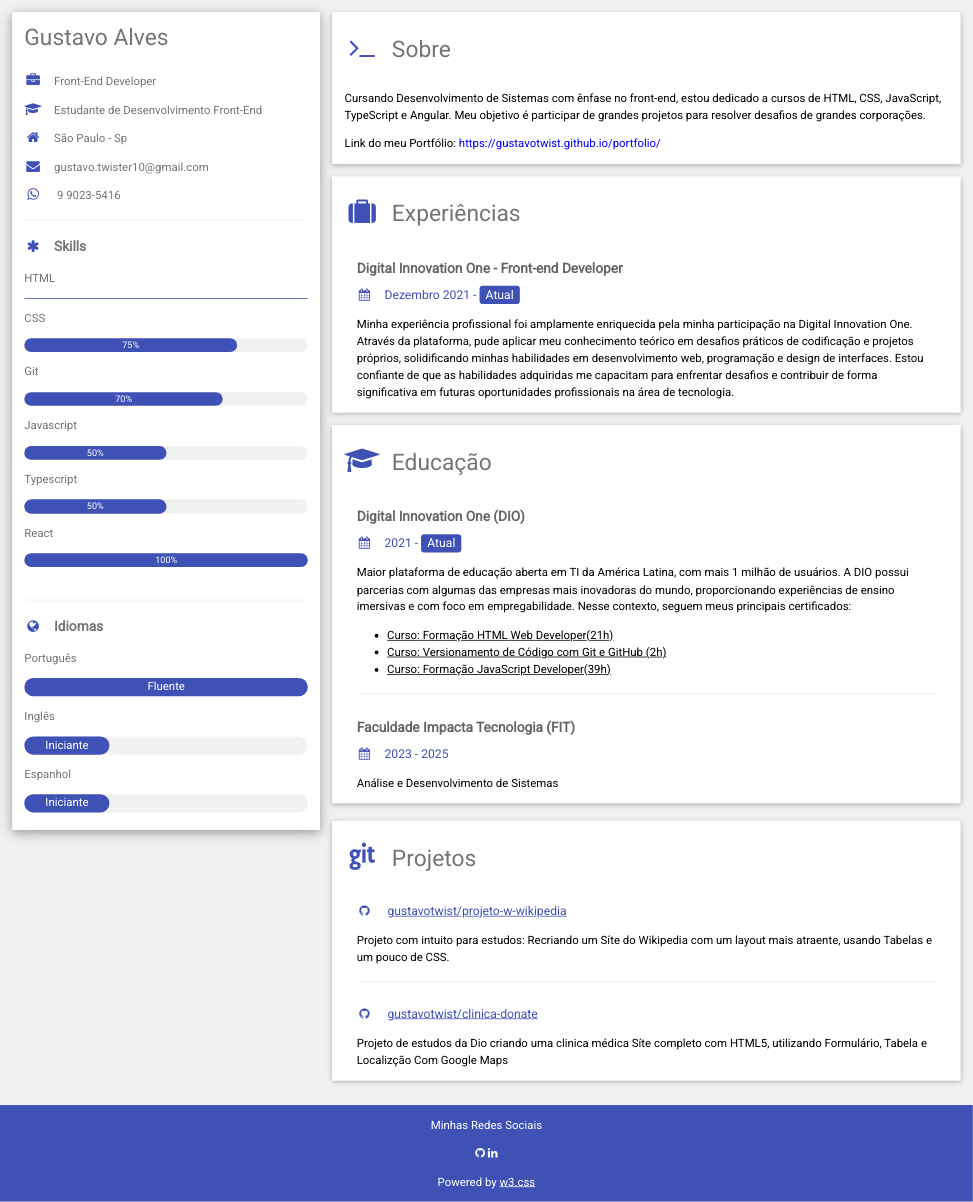
Repository: gustavotwist/cv
Page: index.html
The author's editor kept a copy of each file at every save. The page is drawn from the files as they stood at one save, then again after the next save.
The browser window is 1280 px wide. The pictures show the whole page, at 76% of full size.

Above is the page before, as saved 2025-03-09 11:07:52.

After the next save:
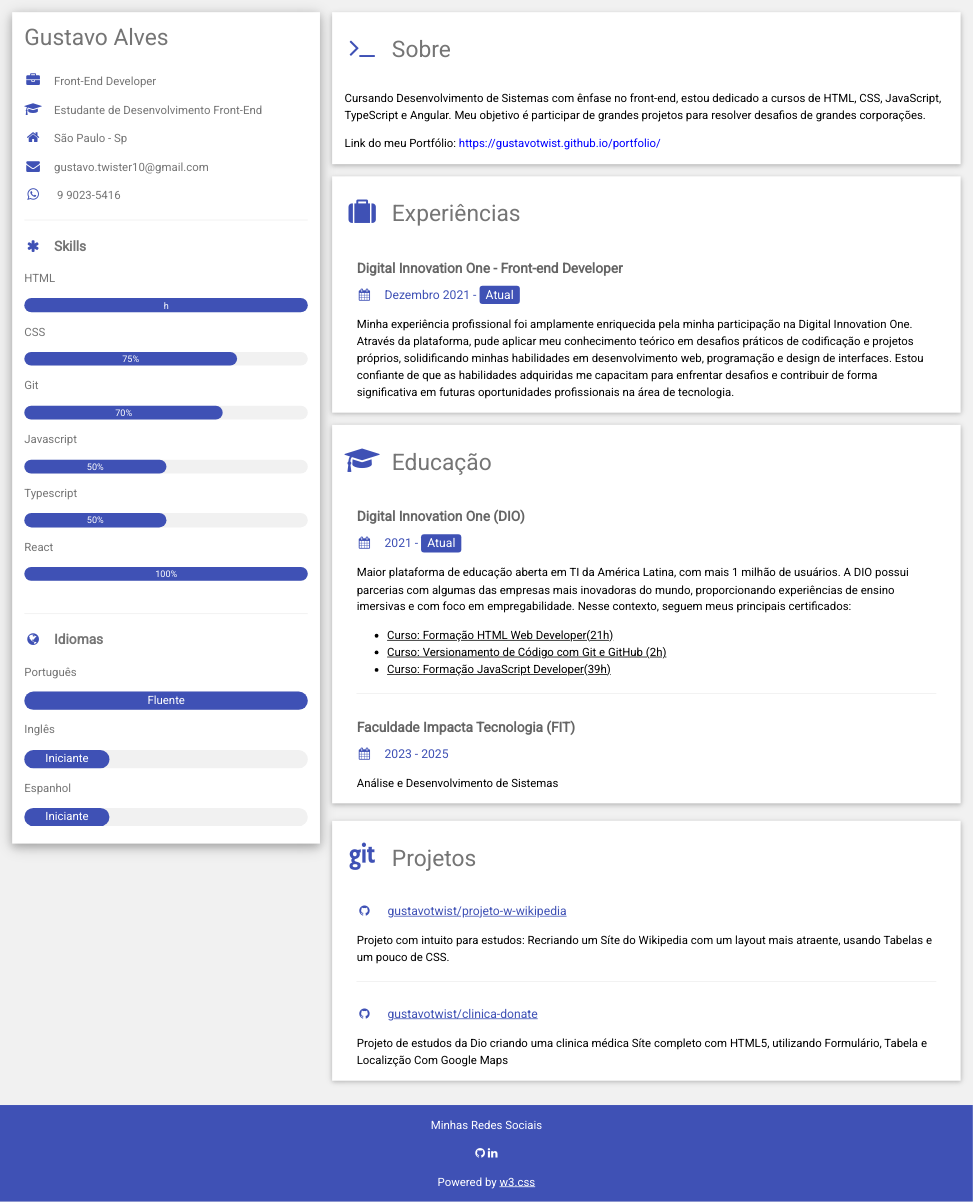
Saved 6 s later.
--- a/index.html
+++ b/index.html
@@ -48,7 +48,7 @@
               </p>
               <p>HTML</p>
               <div class="w3-light-grey w3-round-xlarge w3-small">
-                <div class="w3-container w3-center w3-round-xlarge w3-indigo" style="width:100%"></div>
+                <div class="w3-container w3-center w3-round-xlarge w3-indigo" style="width:100%">h</div>
               </div>
               <p>CSS</p>
               <div class="w3-light-grey w3-round-xlarge w3-small">
